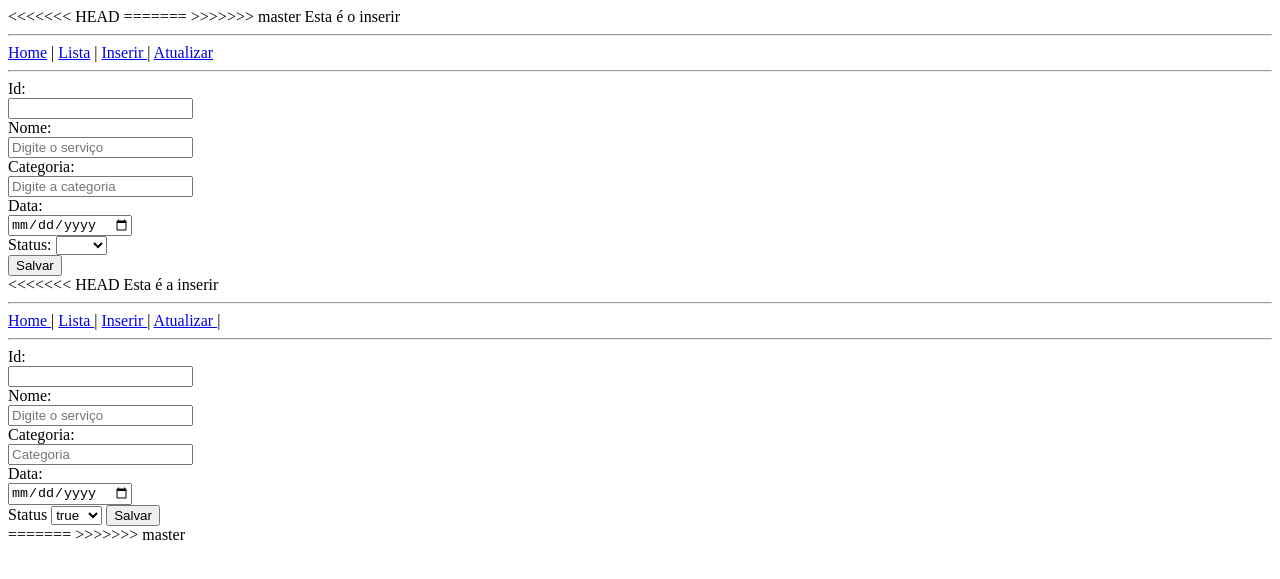
Repository: vivian-nakano/Projetos-Spring
Page: webmvc/src/main/resources/static/inserir.html
These files come from the project's save history. The page is drawn as it stood at one moment and after the next save; the edit follows.
The browser window is 1280 px wide. The pictures show the whole page.
The page's requests for data from a server got no answer. Some web libraries are served in a nearby version.

Above is the page before, as saved 2020-11-10 23:36:15.

### webmvc/src/main/resources/static/inserir.html
<!DOCTYPE html>
<html>
<head>
<meta charset="ISO-8859-1">
<<<<<<< HEAD
<title>Insert title here</title>

=======
<title>Inserir</title>
>>>>>>> master
<script
	src="https://ajax.googleapis.com/ajax/libs/angularjs/1.6.9/angular.min.js"></script>
<script src="controller.js">

</script>

</head>
<body>
	Esta é o inserir
	<hr>

	<a href="index.html">Home</a> |
	<a href="lista.html">Lista</a> |
	<a href="inserir.html">Inserir </a> |
	<a href="atualizar.html">Atualizar </a>

	<hr>
	<div ng-app="myApp" ng-controller="myCtrl">
		<form>
			Id:<br> <input type="number" ng-model="id" readonly><br>
			Nome: <br> <input type="text" ng-model="nome" size="20"
				placeholder="Digite o serviço"><br>
			Categoria: <br><input type="text" ng-model="categoria" size="20"
				placeholder="Digite a categoria"><br>
			Data: <br> <input
				type="date" ng-model="data" required><br>
			Status:
			<select ng-model="pago">
				<option>true</option>
				<option>false</option>
			</select>

		<br>	<button ng-click="salvar()">Salvar</button>
		</form>
	</div>

<<<<<<< HEAD
	Esta é a inserir
	<hr>
	<a href="index.html"> Home </a> |
	<a href="lista.html"> Lista </a> |
	<a href="inserir.html"> Inserir </a> |
	<a href="atualizar.html"> Atualizar </a> |

	<hr>
	<div ng-app="myApp" ng-controller="myCtrl">
		<form>
			Id: <br> <input type="number" ng-model="id" readonly> <br>

			Nome: <br> <input type="text" ng-model="nome" size="20"
				placeholder="Digite o serviço"><br>
			Categoria: <br> <input type="text" ng-model="categoria" size="20"
				placeholder="Categoria"><br>
			Data:<br> <input
				type="date" ng-model="data" required> <br>
			Status
			<select ng-model = "pago" >
					<option> true </option>
					<option> false </option>
			</select>

			<button ng-click="salvar()">Salvar</button>

		</form>
	</div>

=======
>>>>>>> master

</body>
</html>

### webmvc/src/main/resources/static/controller.js
var app = angular.module('myApp', []);
app.controller('myCtrl', function($scope, $http) {
	$scope.manutencoes = new Object();
	$scope.salvar = function() {
		$http.post("http://localhost:8080/manutencoes", {
			'id' : $scope.id,
			'nome' : $scope.nome,
			'categoria' : $scope.categoria,
			'data' : $scope.data,
			'pago' : $scope.pago
		})
	};
	$scope.buscarTodos = function() {
		$http.get("http://localhost:8080/manutencoes").then(function(resposta) {
			$scope.manutencoes = resposta.data;
		});
	}
	$scope.buscarTodos();
	$scope.put = function() {
		$http.put("http://localhost:8080/manutencoes/ " + $scope.id, {

			'nome' : $scope.nome,
			'categoria' : $scope.categoria,
			'pago' : $scope.pago
		})
	}

});

After the next save:
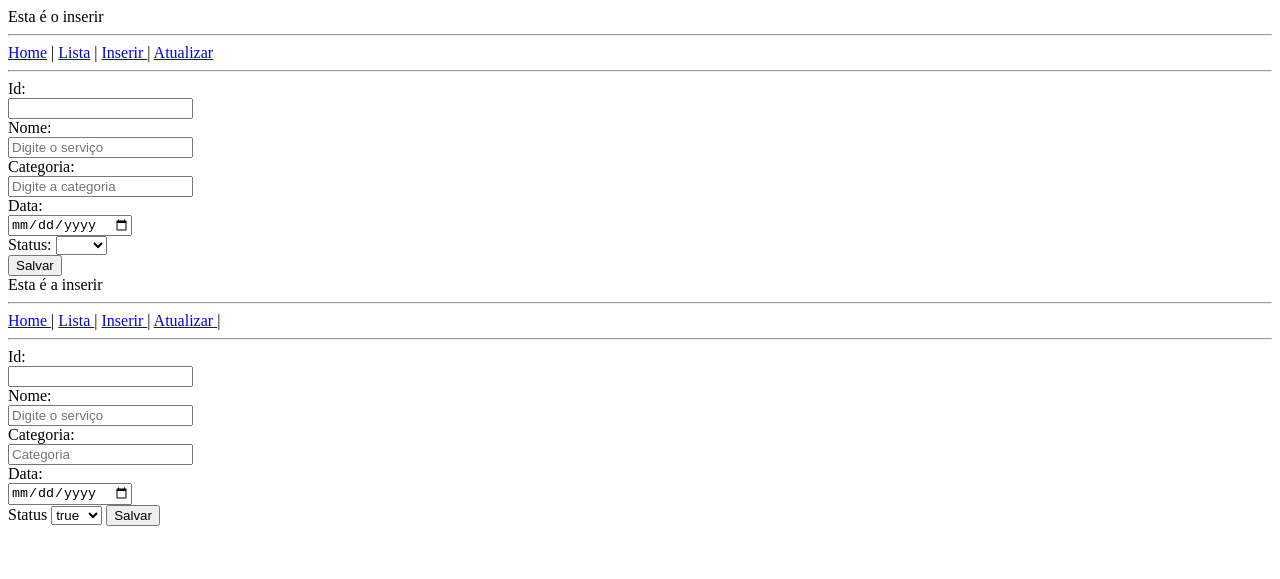
Saved 14 s later.
--- a/webmvc/src/main/resources/static/inserir.html
+++ b/webmvc/src/main/resources/static/inserir.html
@@ -2,12 +2,12 @@
 <html>
 <head>
 <meta charset="ISO-8859-1">
-<<<<<<< HEAD
+
 <title>Insert title here</title>
 
-=======
+
 <title>Inserir</title>
->>>>>>> master
+
 <script
 	src="https://ajax.googleapis.com/ajax/libs/angularjs/1.6.9/angular.min.js"></script>
 <script src="controller.js">
@@ -44,7 +44,7 @@
 		</form>
 	</div>
 
-<<<<<<< HEAD
+
 	Esta é a inserir
 	<hr>
 	<a href="index.html"> Home </a> |
@@ -74,8 +74,5 @@
 		</form>
 	</div>
 
-=======
->>>>>>> master
-
 </body>
 </html>
